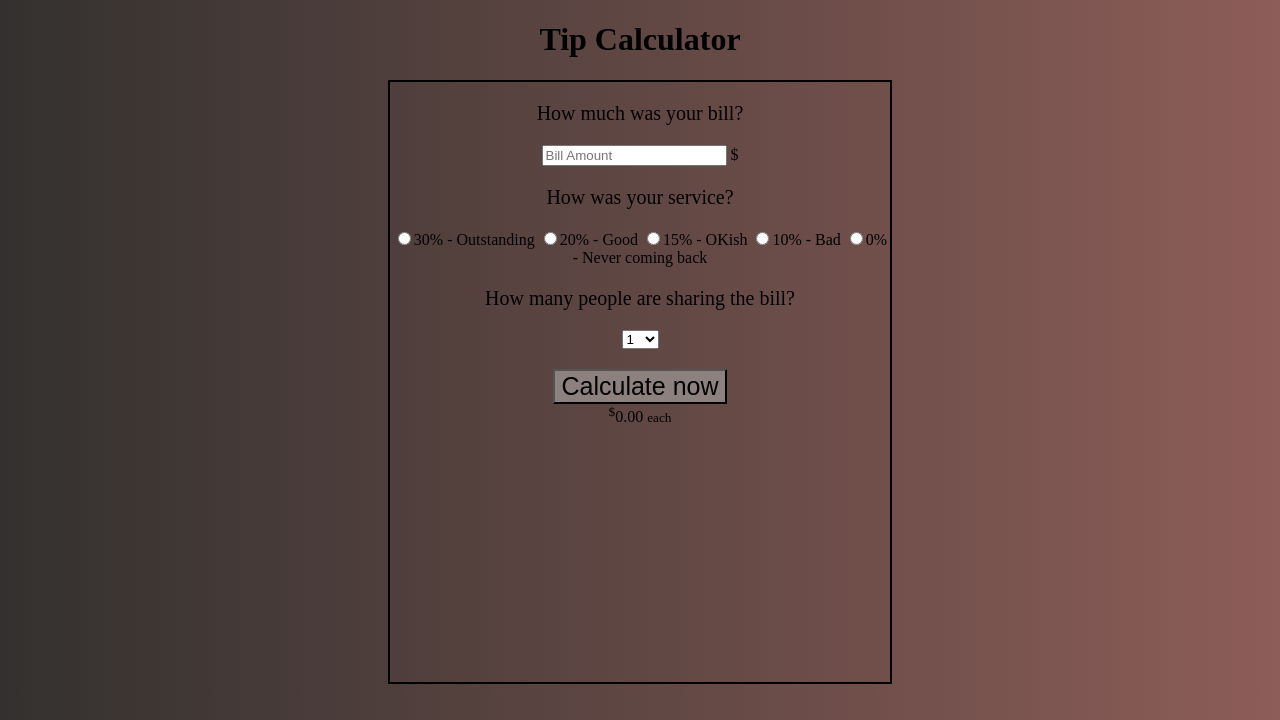
Repository: NiutaR/tip-calculator
Page: index.html
These files come from the project's save history. The page is drawn as it stood at one moment and after a run of saves; the edit follows.
The browser window is 1280 px wide. The pictures show the whole page.

Above is the page before, as saved 2021-07-28 17:49:45.

After the next 3 saves:
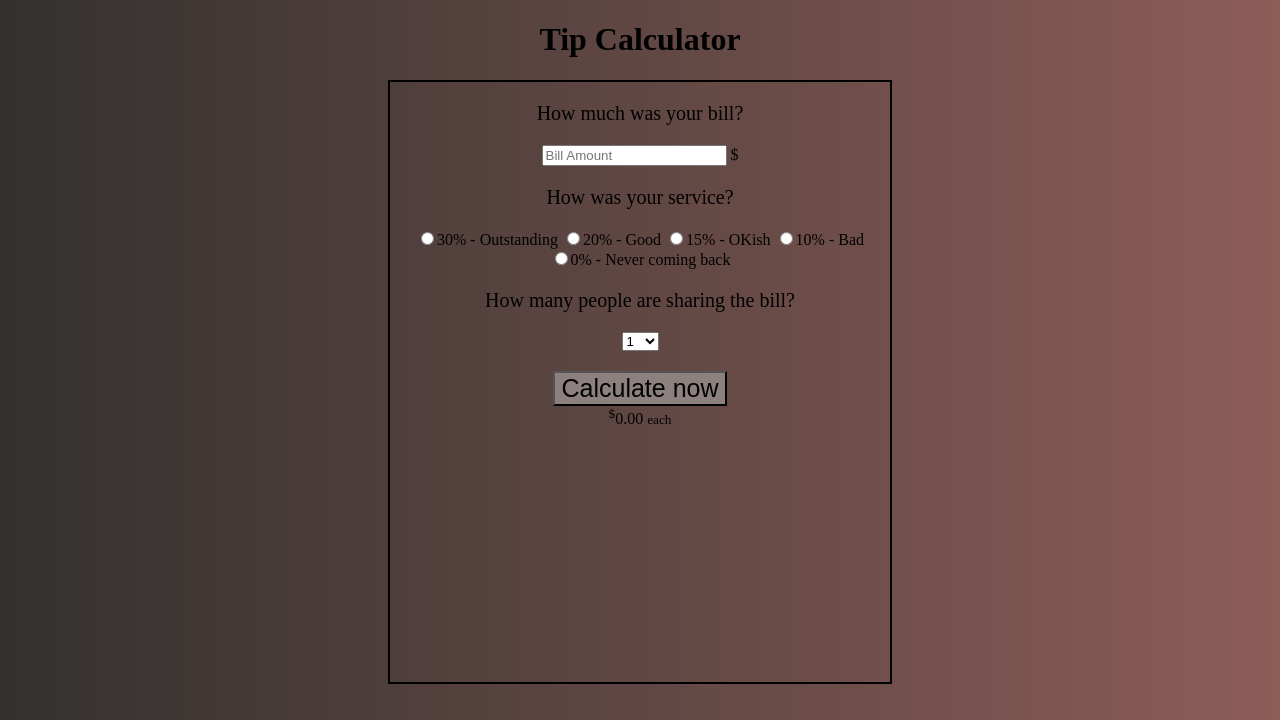
The 3 saves are shown as one change because they came seconds apart.
The last was saved 10 s later.
--- a/style.css
+++ b/style.css
@@ -16,7 +16,7 @@
     margin: 0 auto;
 }
 label {
-
+    display: inline-block;
 }
 p {
     font-size: 20px;

After the save that followed:
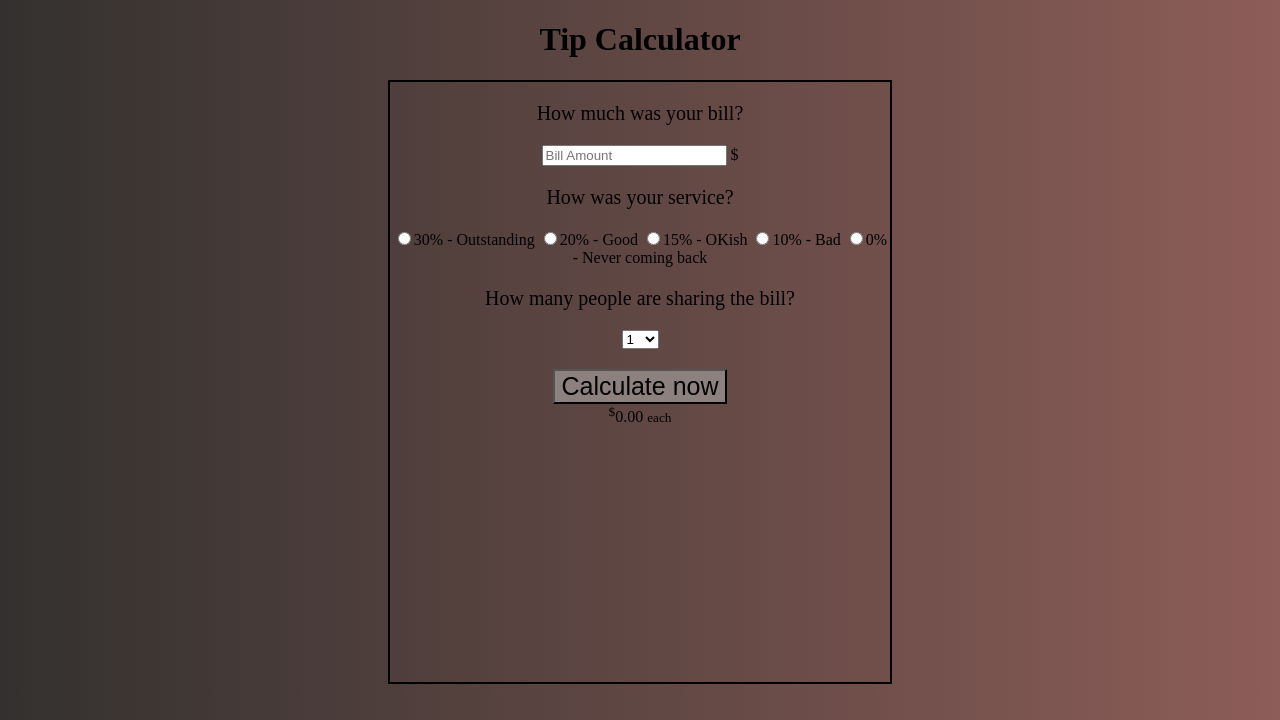
Saved 9 s later.
--- a/style.css
+++ b/style.css
@@ -16,7 +16,7 @@
     margin: 0 auto;
 }
 label {
-    display: inline-block;
+    display: inline;
 }
 p {
     font-size: 20px;
